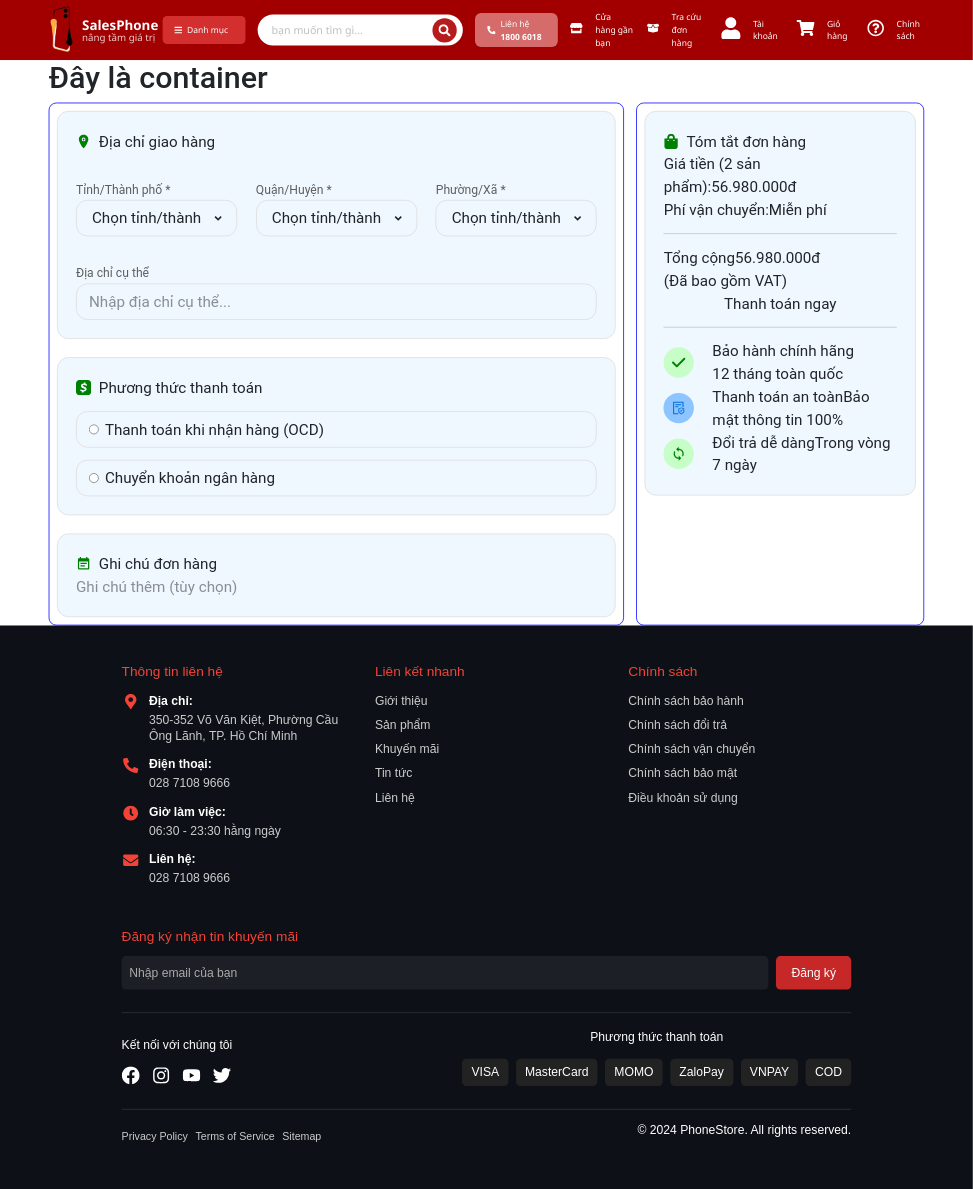
Repository: nguyenhuuluanTTB/cn-da22ttb-nguyenhuuluan-website_salesphone-nextjs_nodejs
Page: /order (app in Project_SalesPhone/client/salesphone/)
An editor plug-in stored every save of this project. The page is shown before and after the next save, followed by the edit.
The browser window is 1280 px wide. The pictures show the whole page, at 76% of full size.
The project was rebuilt for these pictures with package versions that can differ from the ones it lists, and the page was loaded fresh each time. The framework's server and built-in components were replaced by stand-ins that run in the browser. Also part of the build but not shown: Project_SalesPhone/client/salesphone/next.config.ts.

Above is the page before, as saved 2025-12-02 01:23:38.

After the next save:
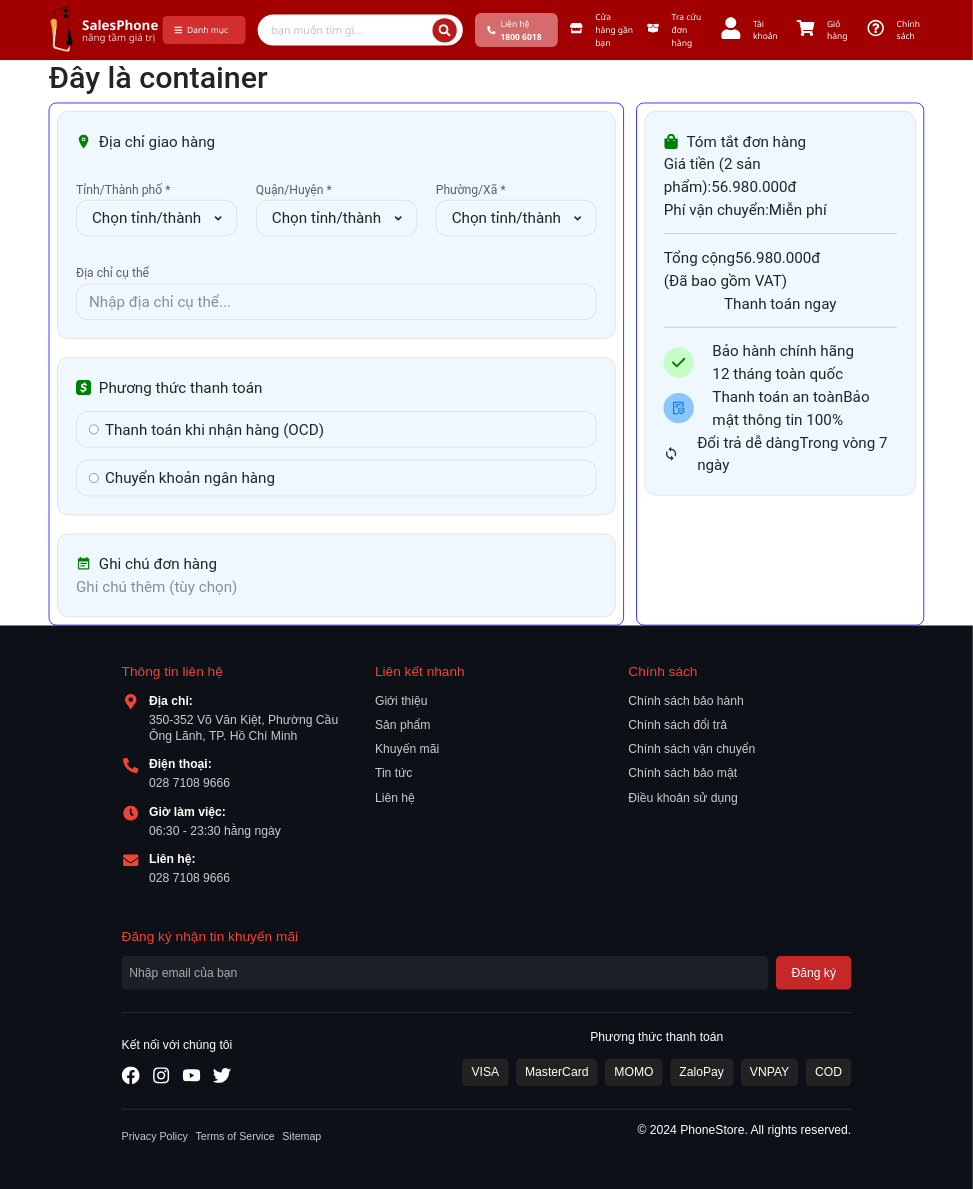
Saved 12 s later.
--- a/Project_SalesPhone/client/salesphone/app/order/page.tsx
+++ b/Project_SalesPhone/client/salesphone/app/order/page.tsx
@@ -139,8 +139,8 @@
                                     <span>Bảo mật thông tin 100%</span>
                                 </div>
                             </div>
-                            <div className={styles.baohanh}>
-                                <div className={styles.baohanh_icon}>
+                            <div className={styles.doitra}>
+                                <div className={styles.doitra_icon}>
                                     <MdLoop  />
                                 </div>
                                 <div>
